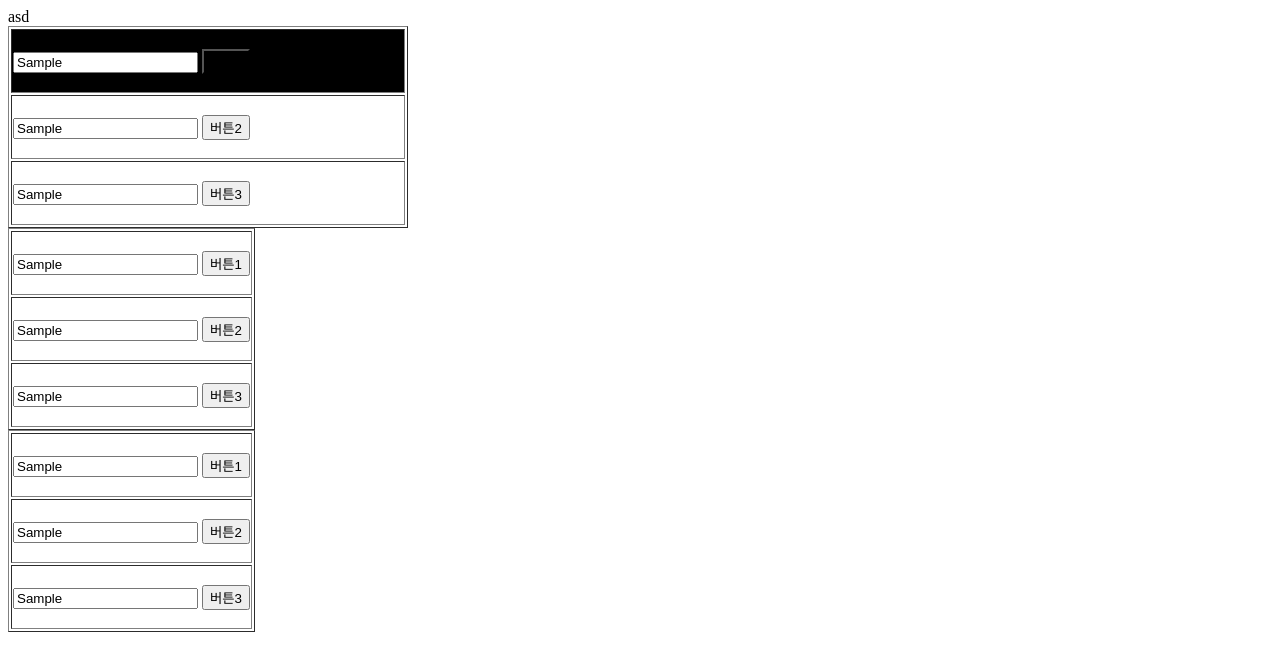
Repository: jojojojoya/programming
Page: dbworkspace/17_JQuery_/src/main/webapp/j6_Object_select.html
The author's editor kept a copy of each file at every save. The page is drawn from the files as they stood at one save, then again after the next save.
The browser window is 1280 px wide. The pictures show the whole page.
Empty fields were first filled with sample values (such as "Sample", 5 or name@example.com).
After loading, the first visible `button` was clicked once.

Above is the page before, as saved 2025-01-07 01:06:13.

### dbworkspace/17_JQuery_/src/main/webapp/j6_Object_select.html
<!DOCTYPE html>
<html>
<head>
<meta charset="UTF-8">
<title>Insert title here</title>
<script src="https://code.jquery.com/jquery-3.7.1.js"
integrity="sha256-eKhayi8LEQwp4NKxN+CfCh+3qOVUtJn3QNZ0TciWLP4=" crossorigin="anonymous"></script>
<script type="text/javascript">
 $(function() {
	 $('button').click(function() {
		 //this : 이벤트가 발생한 그 객체
		 $(this).css("background-color",'black');
		 // 버튼을 누르면 눌러진 그 버튼이 소속된 td의 배경색을 검정으로
		 $(this).parent().css('background-color','black')

		 //눌러진 버튼이 소속된 테이블의 크기를 400px로 변경
		 $(this).parent().parent().parent().parent().css("width","400px")
		 $(this).parent(3).css("width","400px")

	 })

 });

</script>
</script>

</head>
<body>
asd


<table border="1">
	<tr>
		<td height="60px">
			<input> <button> 버튼1 </button>
		</td>
	</tr>
	<tr>
		<td height="60px">
			<input> <button> 버튼2 </button>
		</td>
	</tr>
	<tr>
		<td height="60px">
			<input> <button> 버튼3 </button>
		</td>
	</tr>

</table>

<table border="1">
	<tr>
		<td height="60px">
			<input> <button> 버튼1 </button>
		</td>
	</tr>
	<tr>
		<td height="60px">
			<input> <button> 버튼2 </button>
		</td>
	</tr>
	<tr>
		<td height="60px">
			<input> <button> 버튼3 </button>
		</td>
	</tr>

</table>


<table border="1">
	<tr>
		<td height="60px">
			<input> <button> 버튼1 </button>
		</td>
	</tr>
	<tr>
		<td height="60px">
			<input> <button> 버튼2 </button>
		</td>
	</tr>
	<tr>
		<td height="60px">
			<input> <button> 버튼3 </button>
		</td>
	</tr>

</table>


</body>
</html>

After the next save:
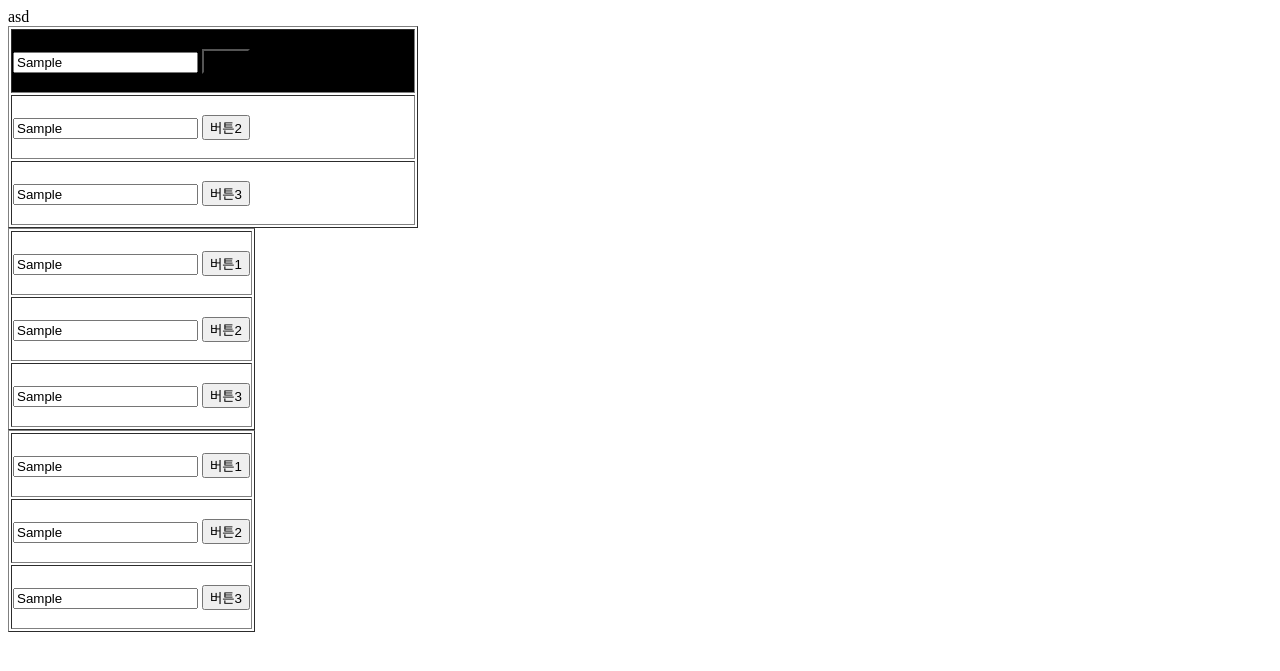
Saved 17 s later.
--- a/dbworkspace/17_JQuery_/src/main/webapp/j6_Object_select.html
+++ b/dbworkspace/17_JQuery_/src/main/webapp/j6_Object_select.html
@@ -14,7 +14,7 @@
 		 $(this).parent().css('background-color','black')
 
 		 //눌러진 버튼이 소속된 테이블의 크기를 400px로 변경
-		 $(this).parent().parent().parent().parent().css("width","400px")
+//		 $(this).parent().parent().parent().parent().css("width","400px")
 		 $(this).parent(3).css("width","400px")
 
 	 })

After the save that followed:
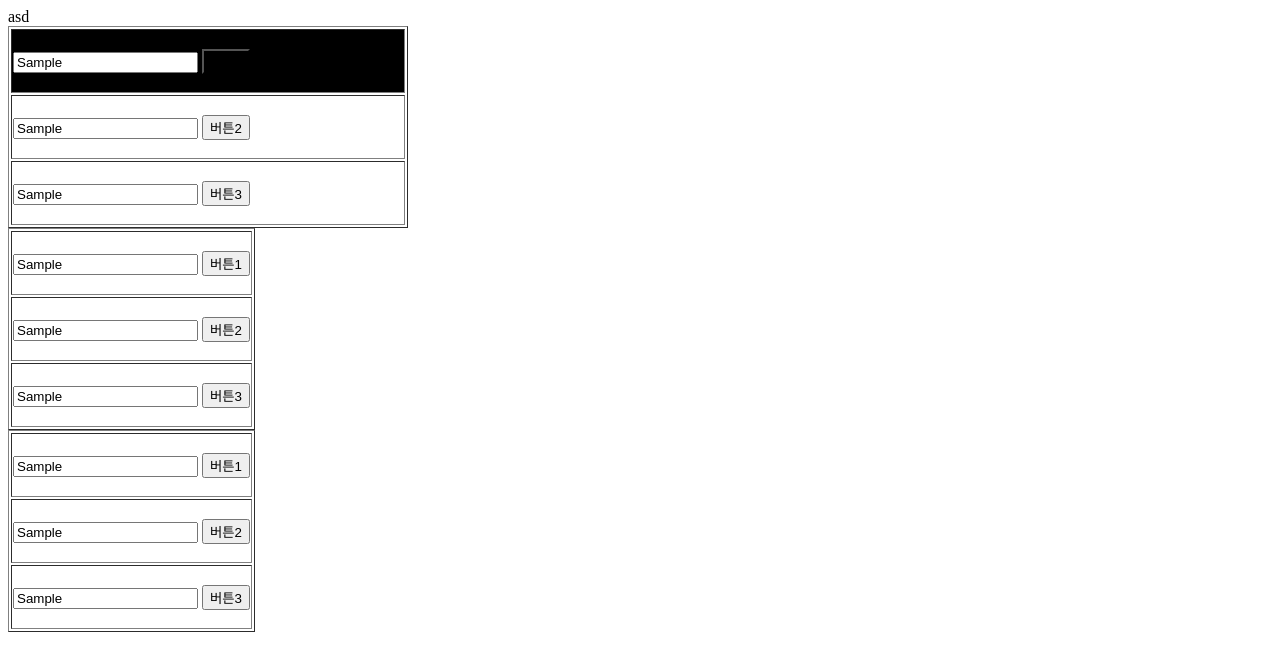
Saved 102 s later.
--- a/dbworkspace/17_JQuery_/src/main/webapp/j6_Object_select.html
+++ b/dbworkspace/17_JQuery_/src/main/webapp/j6_Object_select.html
@@ -16,7 +16,7 @@
 		 //눌러진 버튼이 소속된 테이블의 크기를 400px로 변경
 //		 $(this).parent().parent().parent().parent().css("width","400px")
 		 $(this).parent(3).css("width","400px")
-
+		 $(this).closest('table').css("width","400px")
 	 })
 
  });
